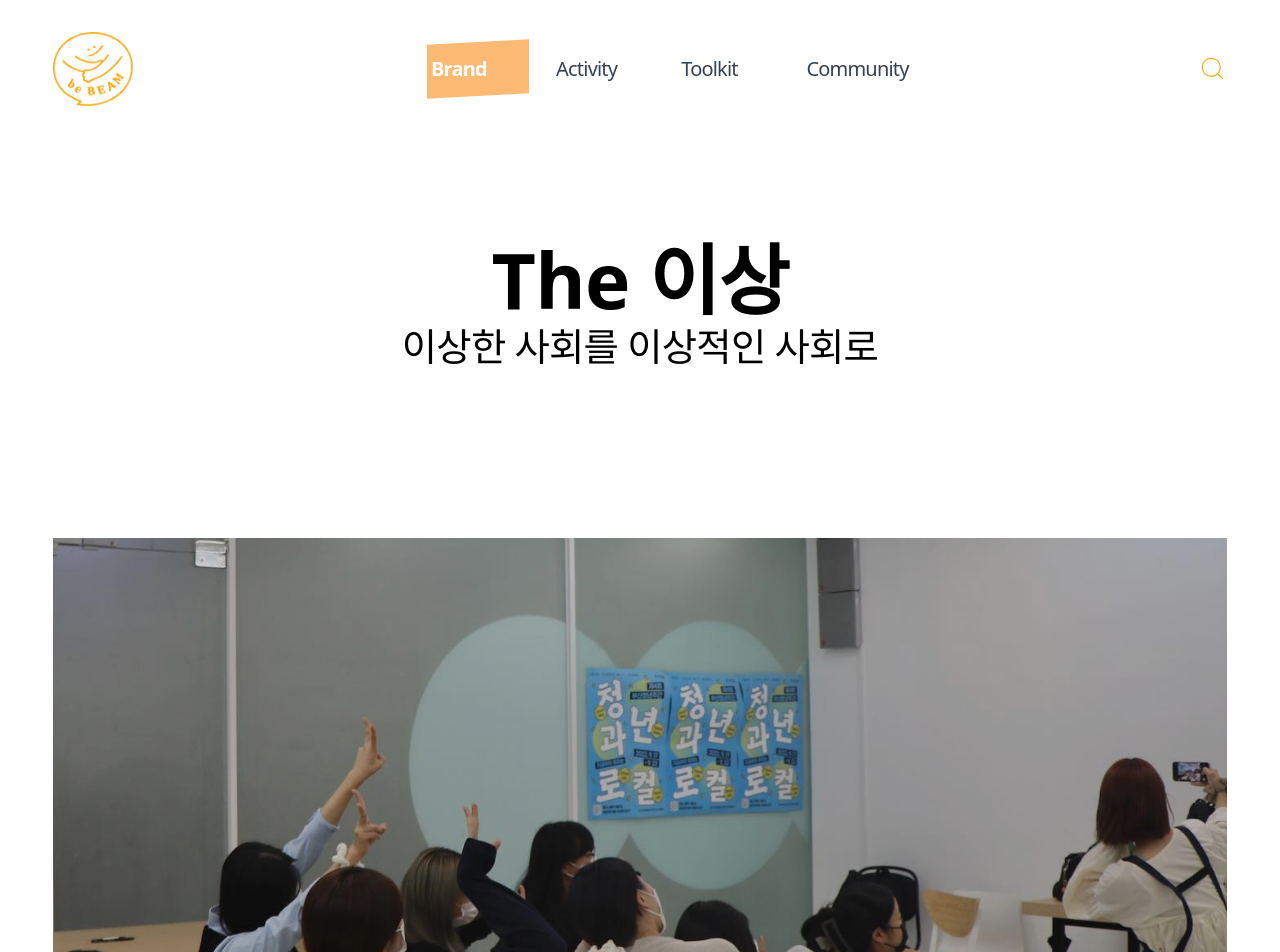
Repository: The-i-sang/BE-BEAM
Page: / (app in front/)
An editor plug-in stored every save of this project. The page is shown before and after the next save, followed by the edit.
The browser window is 1280 px wide. The pictures show the part of the page from y = 0 to 952 px (the page is 4474 px tall).
Backgrounds fixed to the window are drawn as part of the page. The project was rebuilt for these pictures with package versions that can differ from the ones it lists, and the page was loaded fresh each time. Also part of the build but not shown: front/src/page/NotFoundPage.jsx, front/src/component/NextArrow.jsx, front/src/component/PrevArrow.jsx, front/src/component/DetailSlider.jsx, front/src/page/Detail.jsx, front/src/component/ToolkitCard.jsx, front/src/component/SlideToolkitCard.jsx, front/src/component/BestToolkitSlider.jsx and 6 more. Imported but missing from the stored project, and not drawn on this page: front/src/config.

Above is the page before, as saved 2023-10-13 01:22:12.

After the next save:
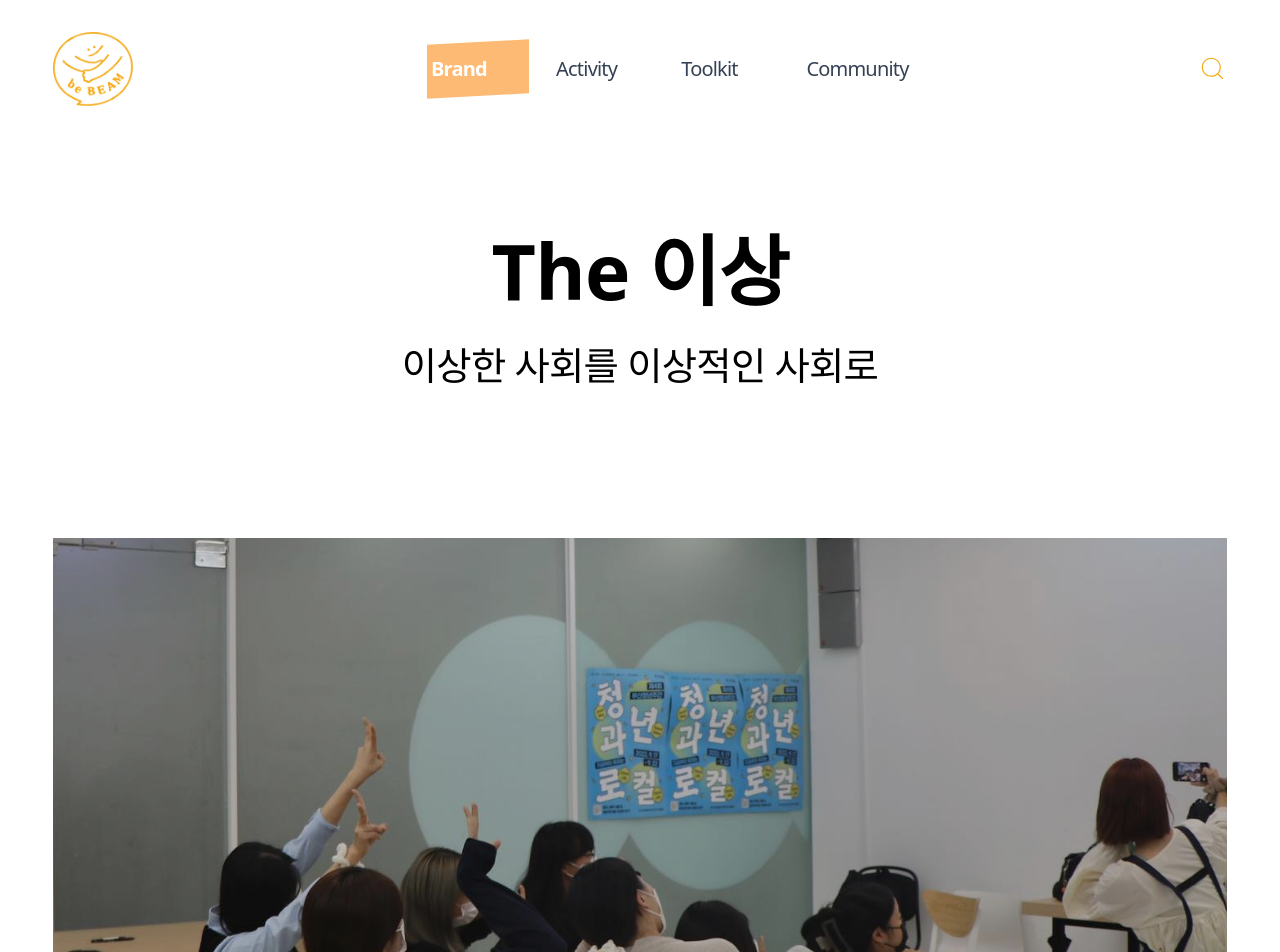
Saved 18 s later.
--- a/front/src/page/Main.jsx
+++ b/front/src/page/Main.jsx
@@ -26,7 +26,7 @@ export default function Main() {
             scrollHeight > 100
               ? "absolute top-[22rem] text-white"
               : "absolute top-0"
-          } w-full h-[300px] text-center transition-all duration-1000 z-[9999] flex flex-col justify-center items-center leading-none`}
+          } w-full h-[300px] text-center transition-all duration-1000 z-[9999] flex flex-col justify-center items-center`}
         >
           <h1 className="text-[4.8rem] font-extrabold">The 이상</h1>
           <p className="text-[2.4rem] mt-2">이상한 사회를 이상적인 사회로</p>
